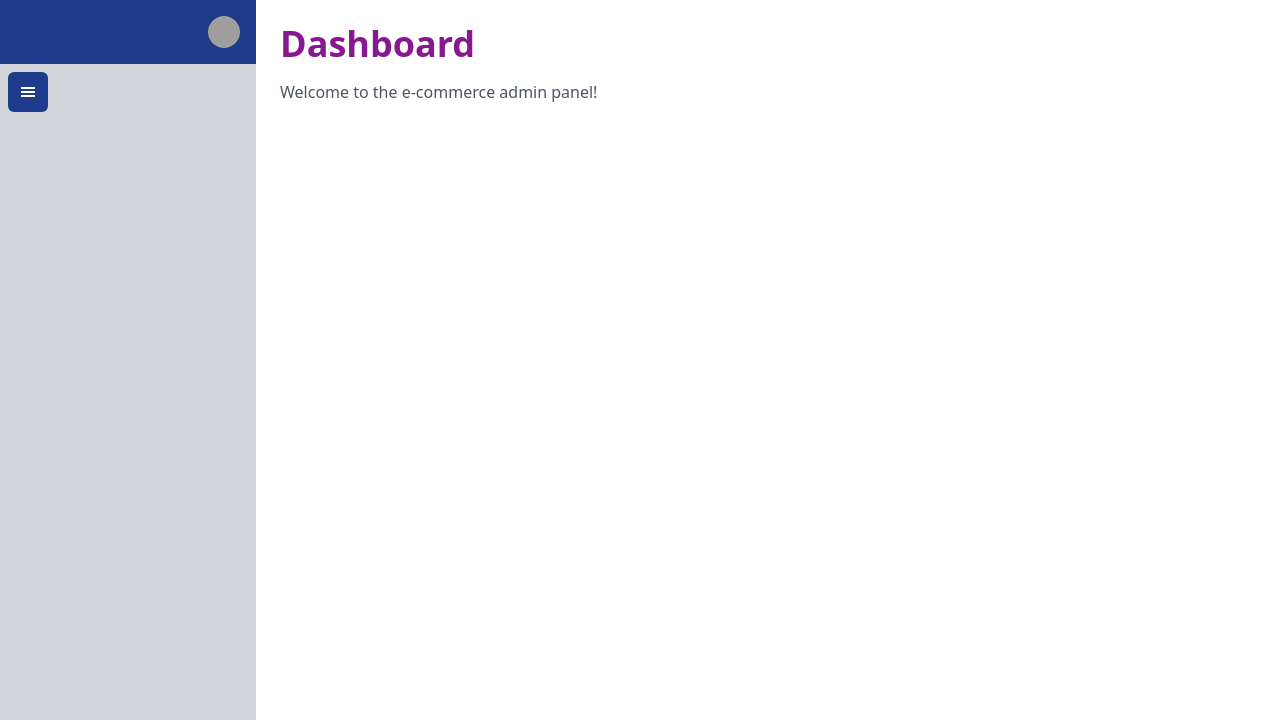
Repository: alizey12/POS-React-website
Page: /dashboard
An editor plug-in stored every save of this project. The page is shown before and after a run of saves, followed by the edit.
The browser window is 1280 px wide. The pictures show the whole page.
Pictures or frames that could not be fetched are drawn as grey boxes. The project was rebuilt for these pictures with package versions that can differ from the ones it lists, and the page was loaded fresh each time. Also part of the build but not shown: vite.config.js, src/login.jsx.

Above is the page before, as saved 2024-12-31 16:31:53.

After the next 2 saves:
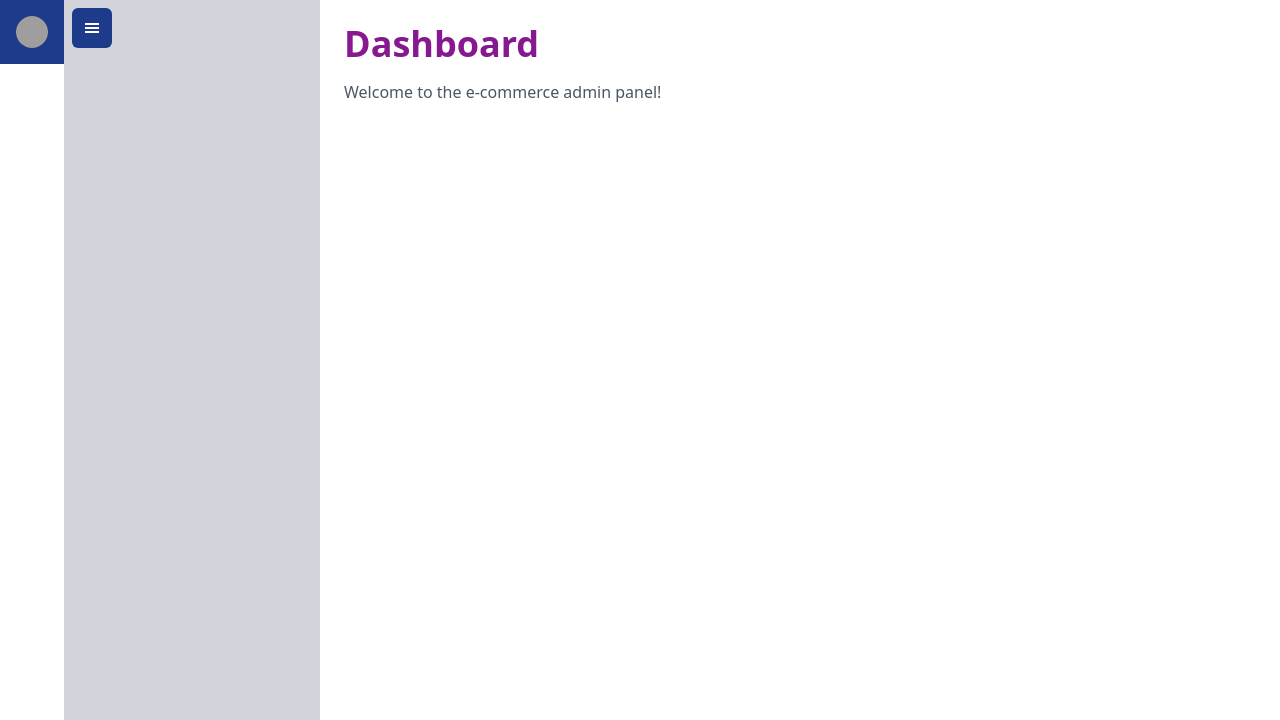
The 2 saves are shown as one change because they came seconds apart.
The last was saved 19 s later.
--- a/src/Dashboard.jsx
+++ b/src/Dashboard.jsx
@@ -12,13 +12,14 @@ const Dashboard = () => {
   return (
     <div className="h-screen  flex overflow-hidden">
       {/* Sidebar Section */}
+      <Navbar />
       <div
         className={`bg-gray-300 transition-all duration-300 ${
           // isSidebarOpen ?
           'w-64'
         }`}
       >
-      <Navbar />
+
         <Sidebar />
       </div>
 
